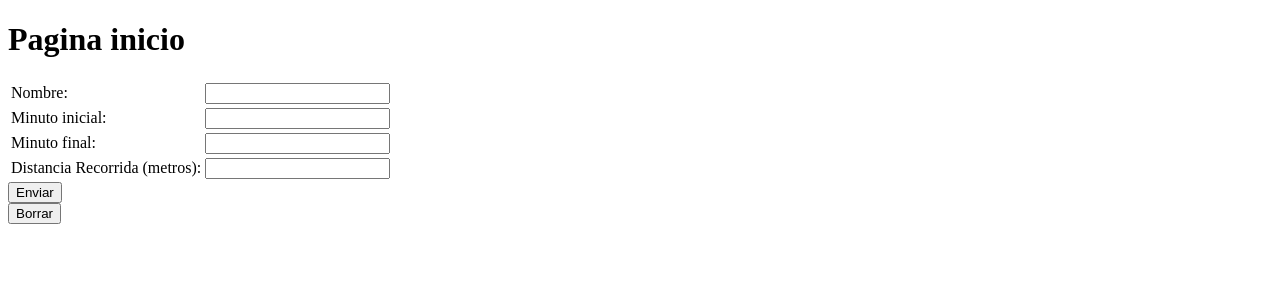
Repository: RomanMillan/estudio_JSP-SERVLET
Page: http://localhost/002_calculos/
An editor plug-in stored every save of this project. The page is shown before and after the next save, followed by the edit.
The browser window is 1280 px wide. The pictures show the whole page.
The page is served by Tomcat 9.

Above is the page before, as saved 2023-03-02 07:35:21.

After the next save:
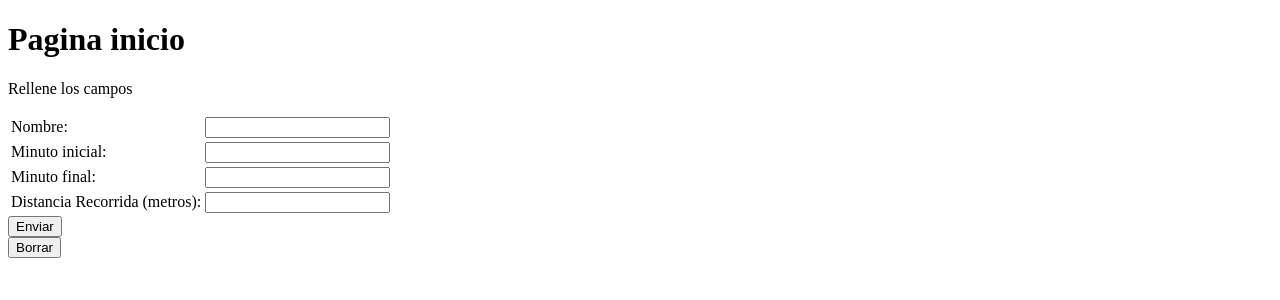
Saved 27 s later.
--- a/002_calculos/src/main/webapp/index.jsp
+++ b/002_calculos/src/main/webapp/index.jsp
@@ -8,7 +8,9 @@
 	</head>
 	<body>
 		<h1>Pagina inicio</h1>
+		<p>Rellene los campos</p>
 		<form action="destino.jsp">
+
 			<table>
 			<!-- Nombre usuario -->
 				<tr>
